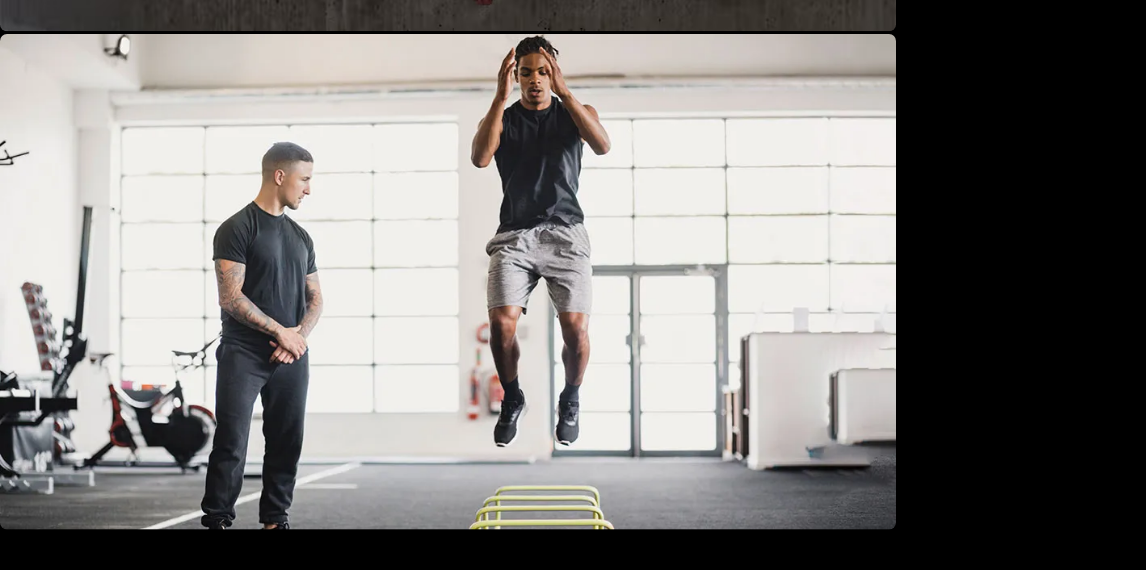
Repository: Aminul-Islam85/Assignment-2
Page: index.html
These files come from the project's save history. The page is drawn as it stood at one moment and after the next save; the edit follows.
The browser window is 1280 px wide. The page is 1637 px wide, so the pictures cover 1637 px, including what lies to the right of the window. The pictures show the part of the page from y = 3582 to 5102 px (the page is 4396 px tall before and 5102 px after), at 70% of full size.

Above is the page before, as saved 2024-10-23 16:17:21.

### index.html
<!DOCTYPE html>
<html lang="en">
<head>
    <meta charset="UTF-8">
    <meta name="viewport" content="width=device-width, initial-scale=1.0">
    <title>Fitness Website</title>
    <link rel="stylesheet" href="styles.css">
</head>
<body>

    <nav class="navbar">
        <h1 class="heading-text"></a>Fitness</h1>
        <ul class="nav-links">
            <li><a href="#"></a>Home</li>
            <li><a href="#"></a>Service</li>
            <li><a href="#"></a>Contact</li>
            <li><a href="#"></a>About</li>
        </ul>
        <div class="hamburger">
            <span></span>
            <span></span>
            <span></span>
        </div>
    </nav>

    <section class="hero">
        <div class="hero-content">
            <h1>Get Body in <span class="highlighted">shape</span> & stay healthy</h1>
            <p>A huge selection of health and fitness content, healthy recipes and transformation stories to help you get fit and stay fit!</p>
            <div class="hero-buttons">
                <button class="cta-btn join-btn"> Join Club Now</button>
                <button cta-btn download-btn>Download App</button>
            </div>
        </div>
        <div class="hero-image">
            <img src="images/image 5.png" alt="Trainer">
        </div>

        <div class="info-card workout-card">500+<br>Free Workout Videos</div>
        <div class="info-card tutorial-card">350+<br>Video Tutorials</div>
    </section>

    <section class="habits">
        <h1>Change Your Habits</h1>
        <p>We believe fitness should be accessible to everyone, everywhere, regardless of income or access to a gym.</p>
        <div class="habits-gallery">
            <div class="habit-item">
                <img src="images/image 3.png" alt="Movement">
                <h3>Movement</h3>
                <p>We believe fitness should be accessible to everyone</p>
            </div>
            <div class="habit-item">
                <img src="images/image 2.png" alt="Time">
                <h3>Movement</h3>
                <p>We believe fitness should be accessible to everyone</p>
            </div>
            <div class="habit-item">
                <img src="images/image 4.png" alt="Practice">
                <h3>Movement</h3>
                <p>We believe fitness should be accessible to everyone</p>
            </div>
            <div class="habit-item">
                <img src="images/image 5.png" alt="Wait Loss">
                <h3>Movement</h3>
                <p>We believe fitness should be accessible to everyone</p>
            </div>
        </div>

    </section>

    <section class="extra-mile">
        <div class="extra-mile-content">
            <h2>Run an Extra Mile Easily</h2>
            <p>We believe fitness should be accessible to everyone, everywhere, regardless of income or access to a gym. With hundreds of professional workouts.</p>
            <button class="cta-btn extra-mile-btn">Join NOW</button>
        </div>
        <div class="extra-mile-image">
            <img src="images/run.jpg" alt="Run Image">
        </div>
    </section>

    <section trainings-exercises>
        <h2>Trainings and Exercises</h2>
        <p>We believe fitness should be accessible to everyone, everywhere, regardless of income or access to a gym.</p>
        <div>
            <div class="exercise-item">
                <img src="images/exercise1.jpg" alt="Exercise-1">
                <div></div>
                <p></p>
            </div>
            <div class="exercise-item">
                <img src="images/exercise2.png" alt="Exercise-2">
                <div></div>
                <p></p>
            </div>
            <div class="exercise-item">
                <img src="images/exercise3.png" alt="Exercise-3">
                <div></div>
                <p></p>
            </div>
            <div class="exercise-item">
                <img src="" alt="">
                <div></div>
                <p></p>
            </div>
            <div class="exercise-item">
                <img src="" alt="">
                <div></div>
                <p></p>
            </div>
            <div class="exercise-item">
                <img src="" alt="">
                <div></div>
                <p></p>
            </div>

        </div>
    </section>


</body>
</html>

### styles.css
/*Global Styles*/
* {
    margin: 0;
    padding: 0;
    box-sizing: border-box;
}

body {
    font-family: 'Arial', sans-serif;
    background-color: black;
    color: #fff;
}

/*Navbar*/
.navbar {
    display: flex;
    justify-content: space-between;
    align-items: center;
    padding: 1 rem 2 rem;
    background-color: transparent;
}

.heading-text {
    font-size: 1.5rem;
    color: #ff5e00;
}

/*nav-link hidden in moble*/
.nav-links {
    list-style: none;
    display: flex;
    gap: 2rem;
}

.nav-links a {
    color: #fff;
    text-decoration: none;
    font-size: 1rem;
}

/*Hamburger menu hidden in desktop*/
.hamburger {
    display: none;
    flex-direction: column;
    cursor: pointer;
}

.hamburger span {
    width: 25px;
    height: 3px;
    background-color: #fff;
    margin: 4px;
    transition: 0.3s;
}

/*responsiveness*/

@media (max-width: 768) {
    .nav-links {
        display: none;
    }
    .hamburger {
        display: flex;
    }
    /*hamburger clicked show nav-links*/
    .navbar.active .nav-links {
        display: flex;
        flex-direction: column;
        position: absolute;
        top: 60px;
        right: 0;
        background-color: #12121212;
        width: 100%;
        height: auto;
        text-align: center;
        padding: 1rem;
    }
    .nav-links li {
        margin: 1rem 0;
    }
}

/* Hero section*/
.hero {
    display: flex;
    justify-content: space-between;
    align-items: center;
    padding: 4rem 2rem;
    background-color: #121212;
    position: relative;
}
.hero-content {
    max-width: 50%;
}

.hero h1 {
    font-size: 3rem;
    line-height: 1.2;
    margin-bottom: 1rem;
}

.hero.highlighted {
    font-style: italic;
    font-weight: 700;
    color: #ff5e00;
}

hero p {
    font-size: 1.2rem;
    margin-bottom: 2rem;
}

.hero-buttons {
    display: flex;
    gap: irem;
}

.cta-btn {
    padding: 1rem 2rem;
    font-size: 1rem;
    border: none;
    border-radius: 5px;
    cursor: pointer;
}

.join.btn {
    background-color: #ff5e00;
    color: #fff;
}

.download-btn {
    background-color: transparent;
    border: 2px solid #fff;
    color: #fff;
}

.hero-image img {
    max-width: 100%;
    height: auto;
}

/*Info Cards*/
.info-card {
    position: absolute;
    background-color: #2e2e2e;
    color: white;
    border-radius: 8px;
    padding: 1re 1.5rem;
    font-size: 1.2rem;
    font-weight: bold;
    text-align: center;
}

.workout-card {
    top: 30%;
    right: 10%;
}

.tutorial-card {
    top: 60%;
    left: 55%;
}

/*Hero reponsive for mobile*/
@media (max-width: 768px) {
.hero {
    flex-direction: column;
    text-align: center;
}
.hero-content {
    max-width: 100%;
    margin-bottom: 2rem;
}
.hero-image img {
    max-width: 100%;
    height: auto;
}
.info-card {
    font-size: 1rem;
    padding: 0.75rem 1 rem;
    position: relative;
    margin: 1rem auto;
    width: auto;
}
.workout-card, .tutorial-card {
    top: auto;
    left: auto;
    right: auto;
    transform: none;
    margin-bottom: 1rem;
 }
}

/*Hero Buttons on mobile*/
@media (max-width:480px) {
    .hero-buttons {
        flex-direction: column;
        gap: 1rem;
    }
    .cta-btn {
        width: 100%;
    }
}

/*Change habit section*/
.habits {
    padding: 4rem 2rem;
    text-align: center;
    background-color: #121212;
}

.habits h2 {
    font-size: 2.5rem;
    margin-bottom: 1rem;
}

.habits p {
    font-size: 1.2rem;
    margin-bottom: 2rem;
}

.habits-gallery {
    display: flex;
    justify-content: space-around;
    align-items: center;
    flex-wrap: wrap;
    gap: 2rem;
}

.habit-item {
    text-align: center;
    max-width: 200px;
}

.habit-item img {
    width: 100px;
    height: 100px;
    border-radius: 50%;
    margin-bottom: 1rem;
}

.habit-item h3 {
    font-size: 1.5rem;
    margin-bottom: 0.5rem;
}
.habit-item p {
    font-size: 1rem;
    color: #aaa;
}

/*Extra mile section*/
.extra-mile {
    display: flex;
    justify-content: space-between;
    align-items: center;
    background-color: #2e2e2e;
    padding: 4rem 2rem;
    border-radius: 20px;
    margin: 4rem 0;
}

.extra-mile-content {
    max-width: 50%;
}
extra-mile h2 {
    font-size: 2.5rem;
    margin-bottom: 1rem;
}
.extra-mile p {
    font-size: 1.2rem;
    margin-bottom: 2rem;
}
.extra-mile btn {
    background-color: #ff5e00;
    color: white;
    border: none;
    padding: 1rem 2rem;
    border-radius: 5px;
    cursor: pointer;
}
.extra-mile image img {
    border-radius: 10px;
    max-width: 100%;
}
/*Footer*/
footer {
    text-align: center;
    padding: 1rem;
    background-color: #333;
    color: #fff;
    margin-top: 2rem;
}
/*responsive design*/
@media (max-width: 768px) {
    .hero h1 {
        font-size: 2rem;
    }
    .hero p {
        font-size: 1rem;
    }
    .extra-mile {
        flex-direction: column;
        text-align: center;
    }
    .extra-mile-content, .extra-mile-image {
        max-width: 100%;
    }
}

@media (max-width: 480px) {
    hero h1 {
        font-size: 1.5rem;
    }
    .hero p {
        font-size: 0.9rem;
    }
}

/* Trainings and Exercise*/
.trainings-exercises {
    padding: 4rem 2rem;
    text-align: center;
    background-color: #121212;
}

.trainings-exercises h2 {
    font-size: 2.5rem;
    margin-bottom: 1rem;
}
.trainings-exercises p {
    font-size: 1.2rem;
    margin-bottom: 2rem;
    color: #aaa;
}
.exercise-gallery {
    display: grid;
    grid-template-columns: repeat(3, 1fr);
    gap: 1rem;
}
.exercise-item {
    position: relative;
}
.exercise-item img {
    width: 100%;
    height: auto;
    border-radius: 10px;
}
.exercise-overlay {
    position: absolute;
    top: 0;
    left: 0;
    width: 100%;
    height: 100%;
    background-color: rgba(0, 0, 0, 0.5);
    color: white;
    display: flex;
    justify-content: center;
    align-items: center;
    opacity: 0;
    transition: opacity 0.3s ease;
    border-radius: 10px;
}
.exercise-item:hover .exercise-overlay {
    opacity: 1;
}
.exercise-overlay p {
    font-size: 1.2rem;
    text-align: center;
}

/*BMI*/
.bmi-calculator {
    background-color: #121212;
    padding: 4rem 2rem;
}
.bmi-title {
    text-align: center;
    margin-bottom: 2rem;
}
.bmi-title h2 {
    font-size: 2.5rem;
    margin-bottom: 1rem;
    color: #fff;
}
.bmi-title p {
    font-size: 1.2rem;
    color: #aaa;
}

/*calculator*/
.bmi-content {
    display: flex;
    justify-content: space-between;
    align-items: flex-start;
    background-color: #121212;
    padding: 2rem;
    border-radius: 20px;
}
.bmi-chart {
    flex: 1;
    margin-right: 2rem;
}
.bmi-chart h3 {
    color:#fff;
    margin-bottom: 1rem;
}
.bmi-chart table {
    width: 100%;
    border-collapse: collapse;
}
.bmi-chart table th, .bmi-chart table td {
    padding: 1rem;
    text-align: left;
    border: 1px solid #fff;
    color: #fff;
}
.bmi-form {
    flex: 1;
}
bmi-form h3 {
    color: #fff;
    margin-bottom: 1rem;
}
bmi-form p {
    margin-bottom: 2rem;
    color: #aaa;
}
.bmi-form input, .bmi-form select {
    width: 100%;
    padding: 1rem;
    margin-bottom: 1rem;
    border-radius: 5px;
    border: none;
    background-color: #333;
    color: #fff;
}
.bmi-form select {
    cursor: pointer;
}
.bmi-form, .calculate-btn {
    width: 100%;
    padding: 1rem 2rem;
    border-radius: 5px;
    border: none;
    background-color: #ff5e00;
    color: white;
    cursor: pointer;
    text-align: center;
}

/*responsiveness*/
@media (max-width: 768px) {
    .bmi-content {
        flex-direction: column;
    }
    .bmi-chart {
        margin-right: 0;
        margin-bottom: 2rem;
    }
}

/*Meet our team*/
.team-selection {
    background-color: #121212;
    padding: 4rem 2rem;
}
.team-title {
    text-align: center;
    margin-bottom: 2rem;
}
.team-title h2 {
    font-size: 2.5rem;
    margin-bottom: 1rem;
    color: #fff;
}
.team-title p {
    font-size: 1.2rem;
    color: #aaa;
}

/*Team-content*/
.team-content {
    display: grid;
    grid-template-columns: repeat(3,1fr);
    gap: 1.5rem;
    background-color: #2e2e2e;
    padding: 2rem;
    border-radius: 20px;
}
.team-member {
    position: relative;
    border-radius: 10px;
    overflow: hidden;
}
.team-member img {
    width: 100%;
    height: auto;
    border-radius: 10px;
}
.team-overlay {
    position: absolute;
    bottom: 0;
    left: 0;
    width: 100%;
    background-color: rgba(0, 0, 0, 0.5);
    color: white;
    padding: 1rem;
    text-align: center;
    transition: background-color 0.3s ease;
}
.team-member:hover .team-overlay {
    background-color: rgba(0, 0, 0, 0.7);
}
.team-overlay h3 {
    margin: 0;
    font-size: 1.2rem;
}
.team-overlay p {
    margin: 0.5rem 0 0;
    font-size: 0.9rem;
}

/*responsive design*/
@media (max-width: 768px) {
    .team.content {
        grid-template-columns: repeat(2, 1fr);
    }
}

@media (max-width: 480px) {
    .team.content {
        grid-template-columns: 1fr;
    }
}

/*footer section*/
.footer-section {
    background-color: #2e2e2e;
    padding: 4rem 2rem;
    color: #fff;
}
.footer-content {
    display: flex;
    justify-content: space-between;
    align-items: flex-start;
    margin-bottom: 2rem;
}
.footer-logo {
    font-size: 2.5rem;
    color: #ff5e00;
}
.footer-content p {
    max-width: 300px;
    color: #aaa;
}
.footer-links {
    display: flex;
    flex-direction: column;
}
.footer-links h3 {
    margin-bottom: 1rem;
}
.footer-links ul {
    list-style: none;
    padding: 0;
}
.footer-links li {
    margin-bottom: 0.5rem;
}
.footer-links a {
    color: #fff;
    text-decoration: none;
    transition: 0.3s ease;
}
.footer-links a:hover {
    color: #ff5e00;
}
.footer-bottom {
    text-align: center;
    padding-top: 1rem;
    border-top: 1px solid #444;
    color: #aaa;
}

/*rensiveness*/
@media (max-width: 768px) {
    .footer-content {
        flex-direction: column;
        text-align: center;
    }
    .footer-links {
        margin-top: 2rem;
    }
}

After the next save:
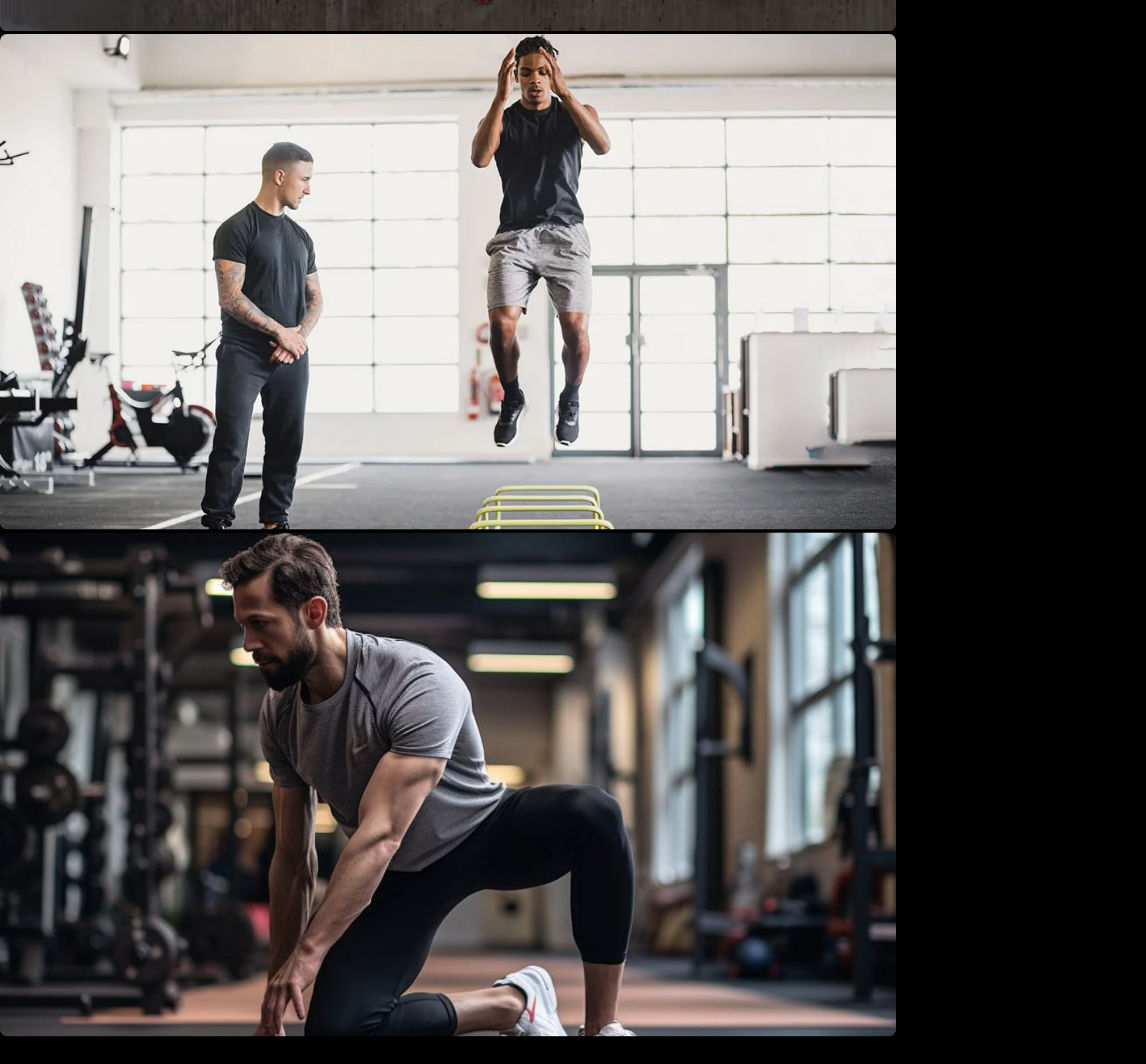
Saved 24 s later.
--- a/index.html
+++ b/index.html
@@ -99,7 +99,7 @@
                 <p></p>
             </div>
             <div class="exercise-item">
-                <img src="" alt="">
+                <img src="images/exercise4.png" alt="Exercise-4">
                 <div></div>
                 <p></p>
             </div>
